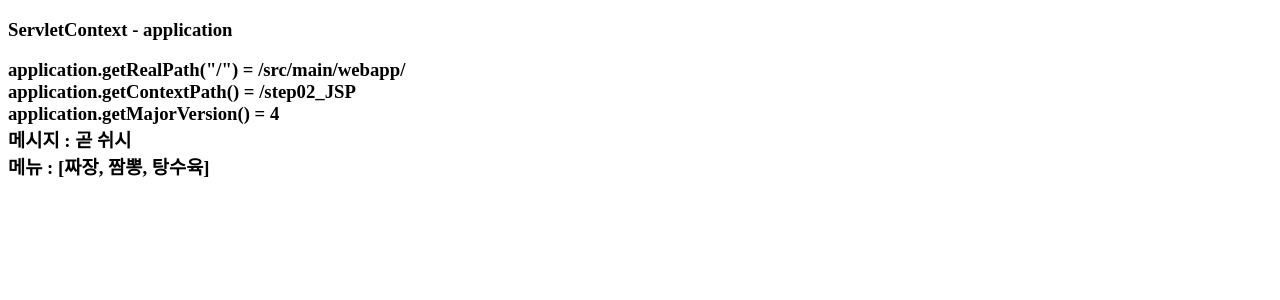
Repository: j-hee-98/Servlet-JSP
Page: http://localhost/step02_JSP/application/applicationMethod.jsp
An editor plug-in stored every save of this project. The page is shown before and after the next save, followed by the edit.
The browser window is 1280 px wide. The pictures show the whole page.
The page is served by Tomcat 9.

Above is the page before, as saved 2025-04-15 05:56:00.

After the next save:
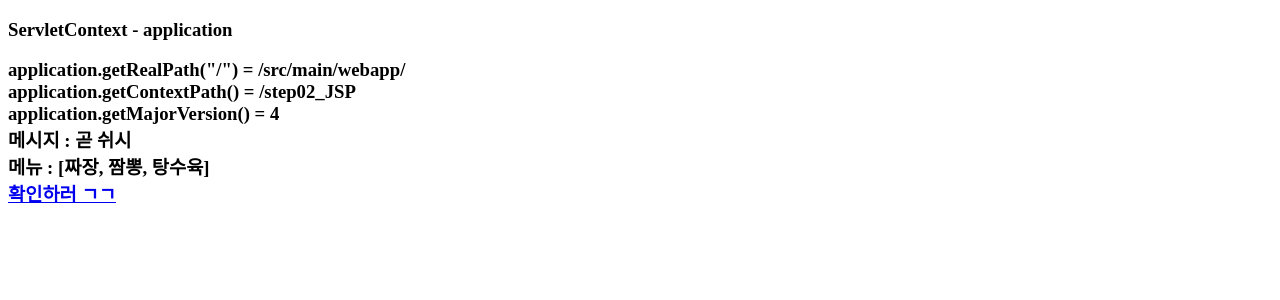
Saved 38 s later.
--- a/step02_JSP/src/main/webapp/application/applicationMethod.jsp
+++ b/step02_JSP/src/main/webapp/application/applicationMethod.jsp
@@ -22,6 +22,7 @@
 
 	메시지 : <%=application.getAttribute("message") %> <br>
 	메뉴 : <%=application.getAttribute("menus") %> <br>
+	<a href="applicationGet.jsp"> 확인하러 ㄱㄱ</a>
 </h3>
 </body>
 </html>
